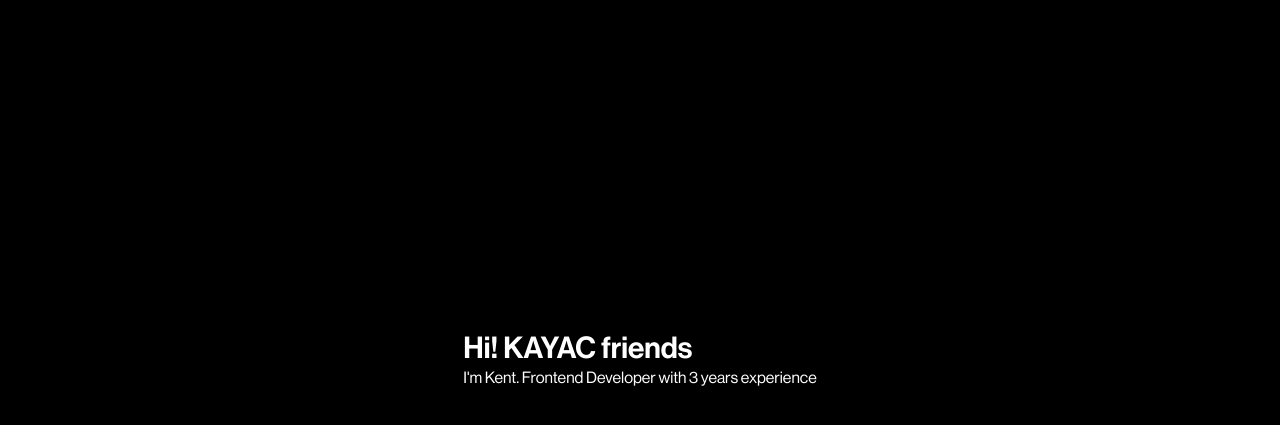
Repository: kentnathaniel/kayac-presentation
Page: /
These files come from the project's save history. The page is drawn as it stood at one moment and after the next save; the edit follows.
The browser window is 1280 px wide. The pictures show the whole page.
The project was rebuilt for these pictures with package versions that can differ from the ones it lists, and the page was loaded fresh each time. Also part of the build but not shown: vite.config.ts.

Above is the page before, as saved 2024-09-14 09:02:59.

After the next save:
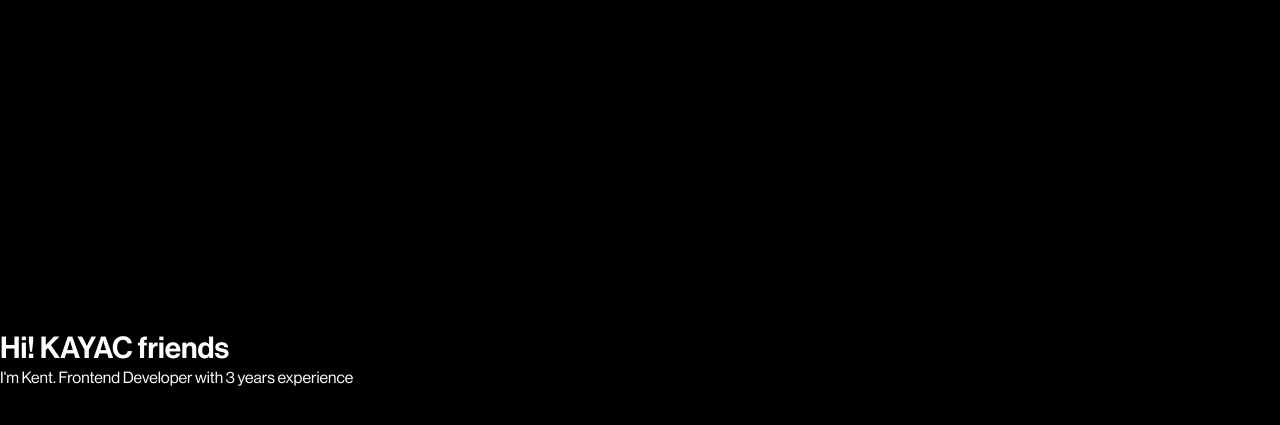
Saved 8 s later.
--- a/src/App.tsx
+++ b/src/App.tsx
@@ -1,6 +1,6 @@
 function App() {
   return (
-    <div className="flex flex-col justify-center w-screen min-h-screen">
+    <div className="w-screen min-h-screen">
       <div></div>
       <div className="flex flex-col justify-center mx-auto h-screen">
         <h1 className="text-3xl text-left">Hi! KAYAC friends</h1>

After the 2 saves that followed:
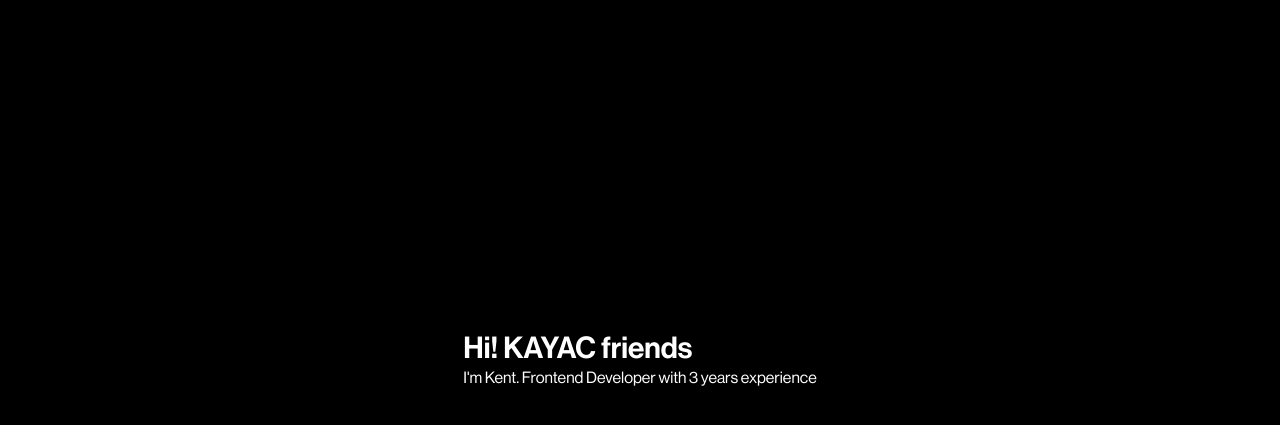
The 2 saves are shown as one change because they came seconds apart.
The last was saved 9 s later.
--- a/src/App.tsx
+++ b/src/App.tsx
@@ -1,6 +1,6 @@
 function App() {
   return (
-    <div className="w-screen min-h-screen">
+    <div className="grid w-screen min-h-screen">
       <div></div>
       <div className="flex flex-col justify-center mx-auto h-screen">
         <h1 className="text-3xl text-left">Hi! KAYAC friends</h1>
